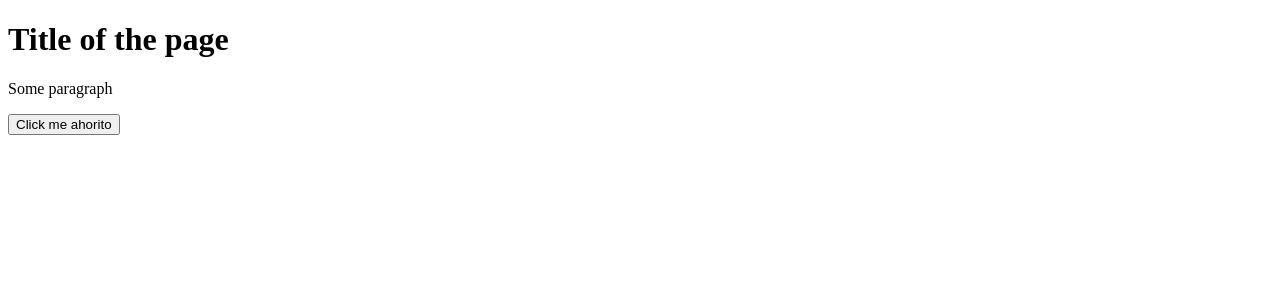
Repository: NamcorStudent/Dropdown-css
Page: bootstrap-start/bootstrap-whiskey.html
The author's editor kept a record of every edit. The page is drawn from the files as they stood at one moment, then again after the next edit.
The browser window is 1280 px wide. The pictures show the whole page.

Above is the page before.

### bootstrap-start/bootstrap-whiskey.html
<!DOCTYPE html>
<html lang="en">
<head>
    <meta charset="UTF-8">
    <meta name="viewport" content="width=device-width, initial-scale=1.0">
    <meta http-equiv="X-UA-Compatible" content="ie=edge">
    <title>Document</title>
</head>
<body>
    <h1>Title of the page</h1>
    <p>Some paragraph</p>
    <button>Click me ahorito</button>

</body>
</html>

### bootstrap-whiskey/bootstrap.css
body {
    font-family: 'Roboto', sans-serif;
}

/*Navigation*/

.navalert-container{
    position: absolute;
    top: 0;
    left: 0;
    padding-left: 0;
    padding-right: 0;
    z-index: 1;
}

.navbar{
    margin-bottom: 0;
    border: 0;
    width: 100%;
    background-color: rgba(0,0,0,0.25);
}

.navbar .navbar-toggler{
    border: 0;
}

.navbar-dark .navbar-brand {
     font-weight: bold;
}

.navbar .navbar-nav a{
    font-weight: bold;
}

.alert-container {
    padding-left: 0;
    padding-right: 0;
}

.site-wide-alert{
    border-radius: 0;
    margin-bottom: 0;
    padding: 5px 15px;
    background-color: #eec802;
    border-color: #eec802;
}

.callout-container {
    height: 100vh;
    position: relative;

    background: url(../images/whiskey-background.jpg) no-repeat bottom right fixed;
    -webkit-background-size: cover;
    -moz-background-size: cover;
    -o-background-size: cover;
    background-size: cover;

    display: flex;
    align-items: center;
    justify-content: center;
}

.opaque-overlay{
    top: 0;
    left: 0;
    height: 100%;
    width: 100%;
    position: absolute;
    background-color: rgba(0,0,0,0.5);
}

.quotes-container {}

.features-container {}

/*Jumbotron*/
.jumbotron{
    background-color: transparent;
}

.jumbotron .lead{
    margin: 25px 0;
    color: #a7a7a7;

}

.jumbotron small{
    font-size: 60%;
    font-style: italic;
    color: #d0d0d0;
}

/*Block Dviders*/

.block-divider{
    height: 5px;
    width: 75px;
    border: 0;
    background-color: #444;
}

.block-divider--orange{
    background-color: #f05f40;
}

.block-divider--short{
    width: 35px;
}

.block-divider--white{
    background-color: white;
}

/*Headers*/
.jumbotron-header{
    color: white;
    font-weight: bold;
    margin-bottom: 30px;
}

.page-header{
    margin-bottom: 0;
    border-bottom: 0;
    text-align: center;
}

.page-header h2{
    margin-top: 0;
}

/*Buttons*/

.btn-cta{
    width: 160px;
    border-radius: 26px;
    font-weight: bold;
}

.btn--red{
    background-color: #f05f40;
    border-color: #f05f40;
    color: white;
}

.btn--red:hover,
.btn--red:active,
.btn--red:focus,
.btn--red:active:focus {
    background-color: #df4929;
    border-color: #df4929;
}

/*Content containers*/
.content-container{
    padding-top: 75px;
    padding-bottom: 75px;
}

.container-wrapper{}

.container-wrapper--red{
    background-color: #f05f40;
    color: white;
}

.feature{
    text-align: center;
    margin-bottom: 40px;
}

.feature i{
    margin-bottom: 20px;
    font-size: 45px;
    line-height: 45px;
}

After the next edit:
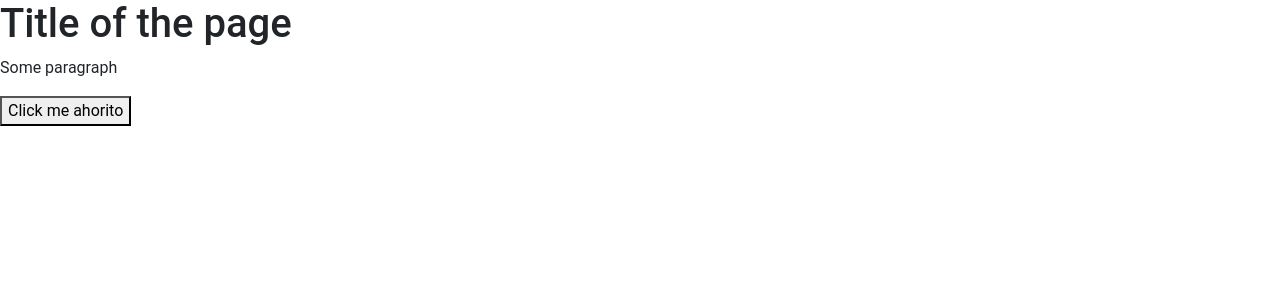
Console error: TypeError: Cannot read properties of undefined (reading 'fn')
The edit:
--- a/bootstrap-start/bootstrap-whiskey.html
+++ b/bootstrap-start/bootstrap-whiskey.html
@@ -4,6 +4,9 @@
     <meta charset="UTF-8">
     <meta name="viewport" content="width=device-width, initial-scale=1.0">
     <meta http-equiv="X-UA-Compatible" content="ie=edge">
+    <link rel="stylesheet" href="https://stackpath.bootstrapcdn.com/bootstrap/4.1.3/css/bootstrap.min.css" integrity="sha384-MCw98/SFnGE8fJT3GXwEOngsV7Zt27NXFoaoApmYm81iuXoPkFOJwJ8ERdknLPMO" crossorigin="anonymous">
+    <script src="https://stackpath.bootstrapcdn.com/bootstrap/4.1.3/js/bootstrap.min.js" integrity="sha384-ChfqqxuZUCnJSK3+MXmPNIyE6ZbWh2IMqE241rYiqJxyMiZ6OW/JmZQ5stwEULTy" crossorigin="anonymous"></script>
+    <link rel="stylesheet" href="bootstrap.css" type="text/css" />
     <title>Document</title>
 </head>
 <body>
